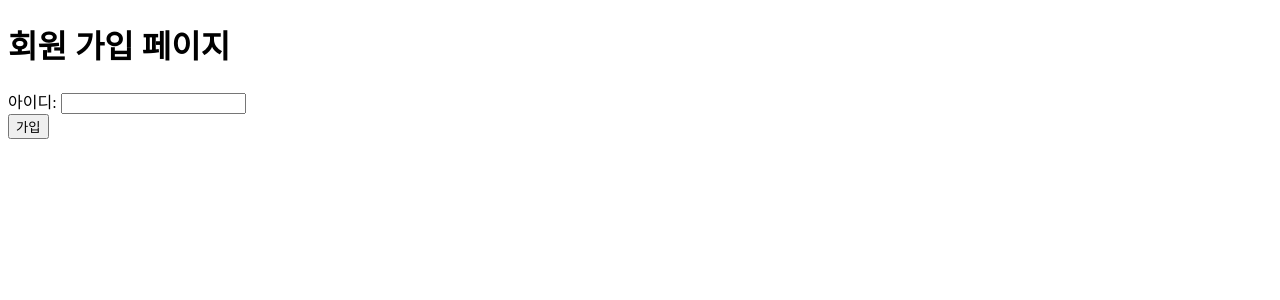
Repository: woneeseo/javastudy
Page: htmlStudy/workspace_html/HelloWorld/WebContent/d.html
These files come from the project's save history. The page is drawn as it stood at one moment and after the next save; the edit follows.
The browser window is 1280 px wide. The pictures show the whole page.

Above is the page before, as saved 2020-12-04 07:01:33.

After the next save:
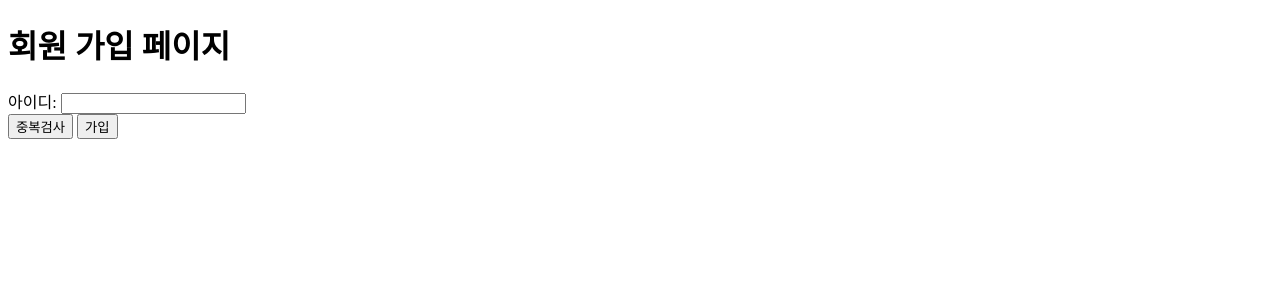
Saved 2 min 54 s later.
--- a/htmlStudy/workspace_html/HelloWorld/WebContent/d.html
+++ b/htmlStudy/workspace_html/HelloWorld/WebContent/d.html
@@ -11,7 +11,9 @@
 <form action="a.html" method="post">
 
 	<label for="id">아이디: </label>
-	<input id = "id" name="id"> <br>
+	<input id = "id" name="id"> <br> <button>중복검사</button>
+	<!-- lable : 직접 input태그를 클릭하지 않아도 레이블 부분을 클릭하면 커서가 input창으로 감 -->
+	<!-- id와 label을 묶어 줄 때에는 별도의 id를 만들어서 label태그에 for를 이용해 묶어준다. -->
 
 	<input type="submit" value="가입">
 
